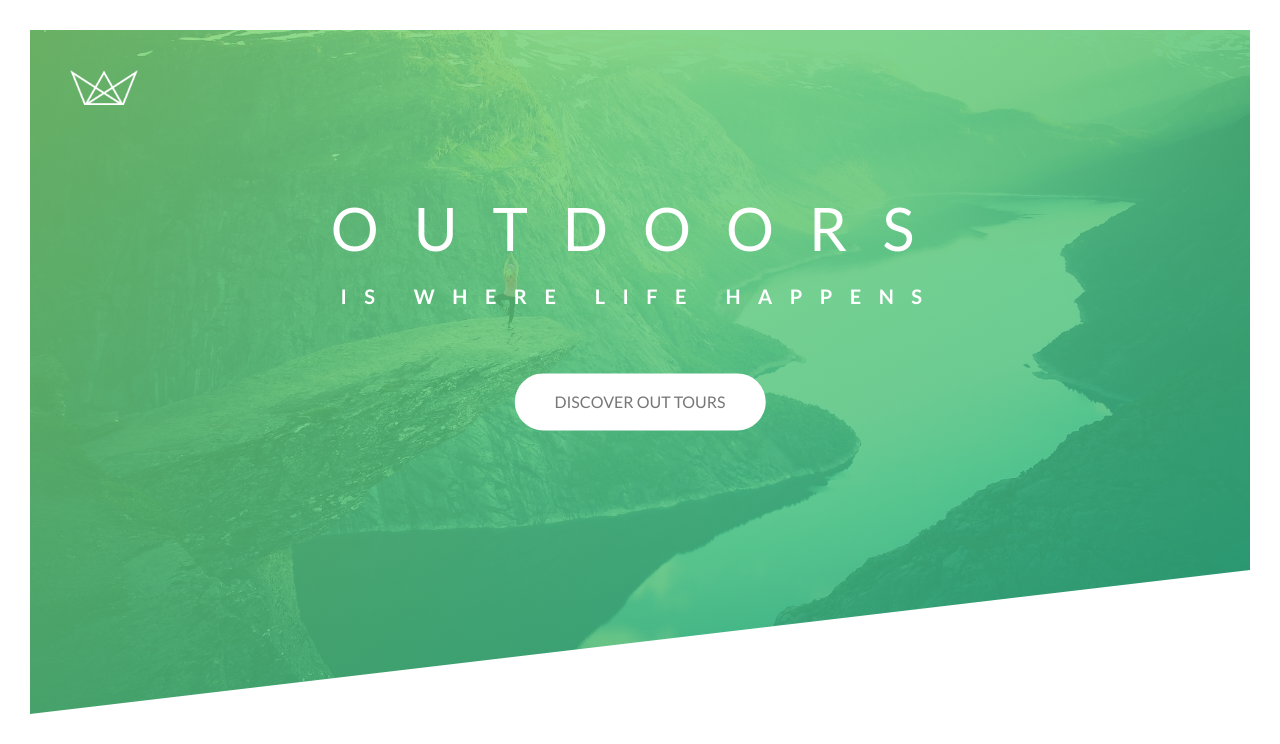
Repository: kamilluc/advanced-css-course
Page: Natours/my-implementation/index.html
An editor plug-in stored every save of this project. The page is shown before and after the next save, followed by the edit.
The browser window is 1280 px wide. The pictures show the whole page.

Above is the page before, as saved 2019-05-24 23:32:54.

After the next save:
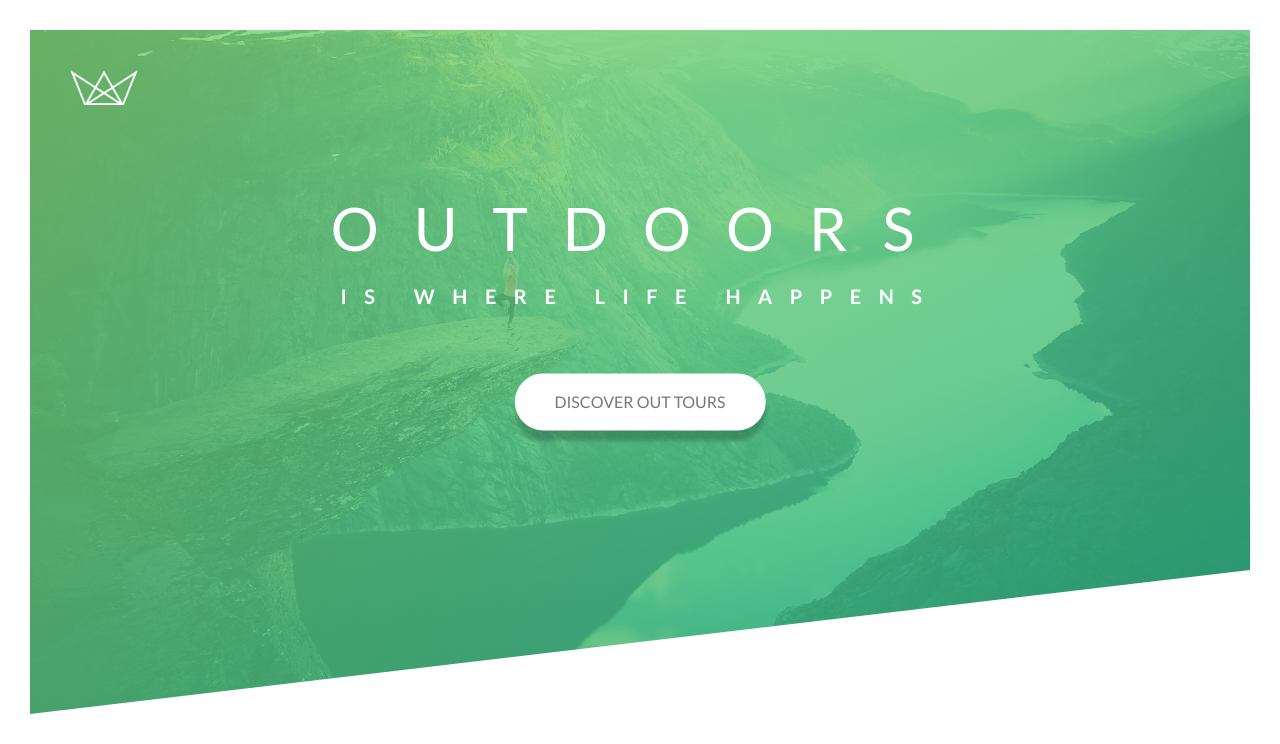
Saved 16 s later.
--- a/Natours/my-implementation/css/style.css
+++ b/Natours/my-implementation/css/style.css
@@ -118,6 +118,8 @@ body {
   padding: 15px 40px;
   display: inline-block;
   border-radius: 100px;
+  box-shadow: 0 10px 4px rgba(0, 0, 0, 0.2);
+
   transition: all 0.15s;
 }
 
